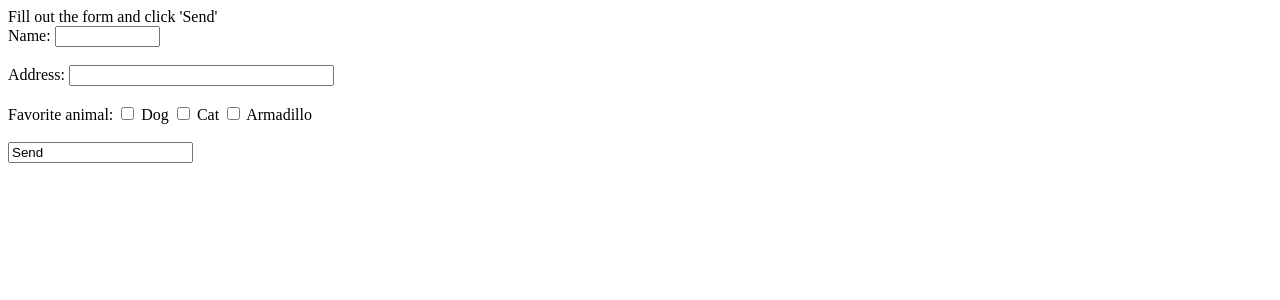
Repository: tomaters/servlets-JSP
Page: http://localhost/jsptest/implicit/reqex.jsp
The author's editor kept a copy of each file at every save. The page is drawn from the files as they stood at one save, then again after the next save.
The browser window is 1280 px wide. The pictures show the whole page.
The page is served by Tomcat 10.

Above is the page before, as saved 2023-12-01 00:43:36.

After the next save:
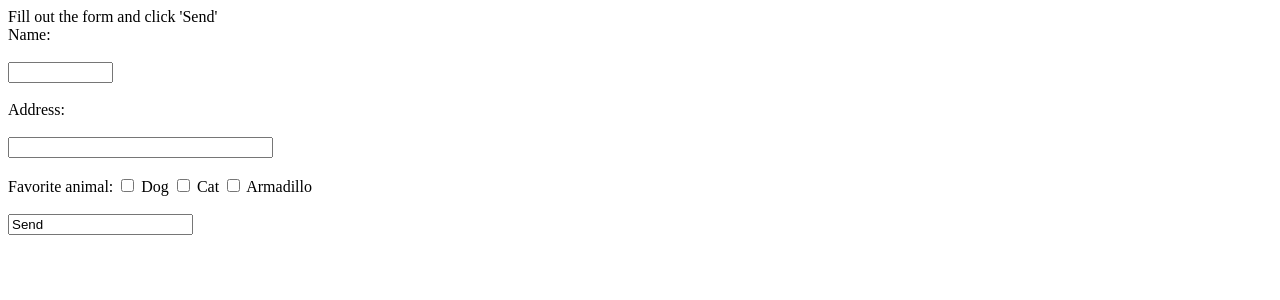
Saved 66 s later.
--- a/jsptest/src/main/webapp/implicit/reqex.jsp
+++ b/jsptest/src/main/webapp/implicit/reqex.jsp
@@ -8,8 +8,8 @@
 <body>
 Fill out the form and click 'Send'
 <form action="viewParameter.jsp" method="post">
-	Name: <input type="text" name="name" size="10"> <br></br>
-	Address: <input type="text" name="address" size="30"> <br></br>
+	Name: <br></br><input type="text" name="name" size="10"> <br></br>
+	Address: <br></br><input type="text" name="address" size="30"> <br></br>
 	Favorite animal:
 	<input type="checkbox" name="animal" value="dog"> Dog
 	<input type="checkbox" name="animal" value="cat"> Cat
